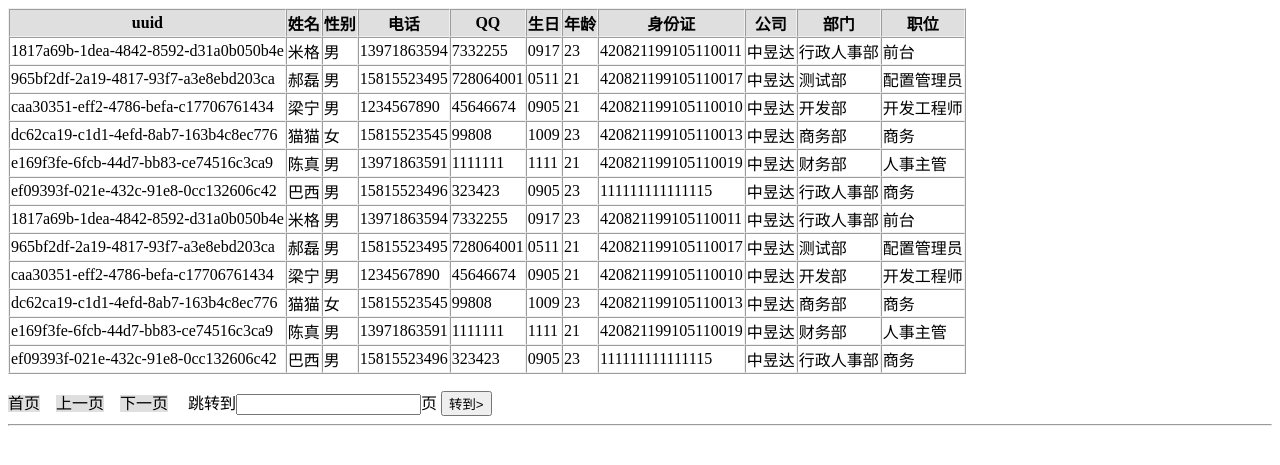
Repository: 728064001/MyProject
Page: http://localhost/CMS/test.jsp
The author's editor kept a copy of each file at every save. The page is drawn from the files as they stood at one save, then again after the next save.
The browser window is 1280 px wide. The pictures show the whole page.
The page is served by Tomcat 9.

Above is the page before, as saved 2013-08-07 11:40:17.

After the next save:
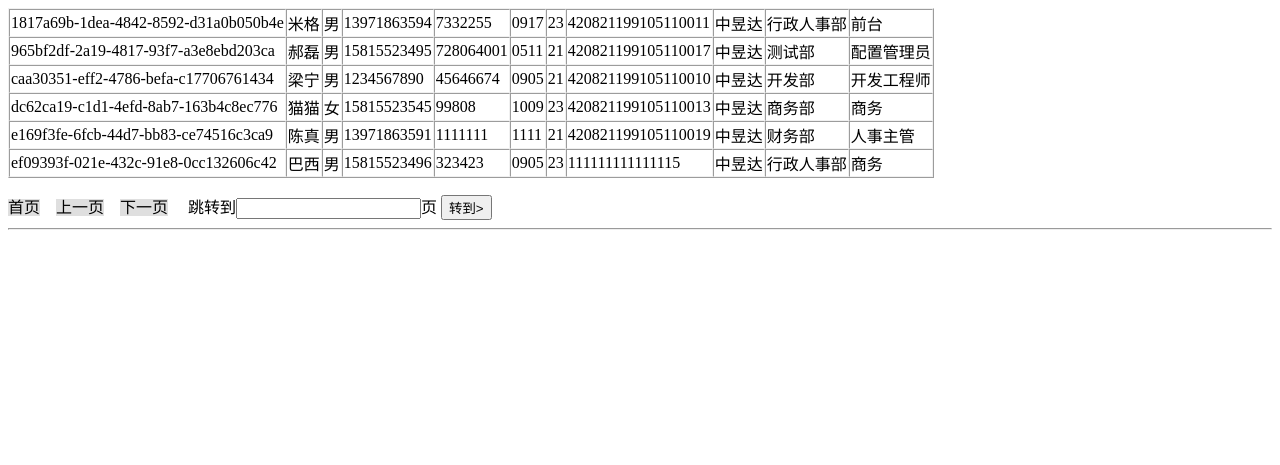
Saved 2 min 17 s later.
--- a/cms-server-code/CMS/WebRoot/test.jsp
+++ b/cms-server-code/CMS/WebRoot/test.jsp
@@ -47,8 +47,12 @@ String basePath = request.getScheme()+"://"+request.getServerName()+":"+request.
 			dom_table.attr("id","tab");
 			dom_table.css("border-color","#F0F0F0","border-width","1px","border-style","solid");
 
+
+
 			var tharray  = new Array("uuid","姓名","性别","电话","QQ","生日","年龄","身份证","公司","部门","职位");
 			var tharraylen = tharray.length;
+
+			var th_table = $("<table></table>");
 			var tr_th = $("<tr></tr>");
 			tr_th.css("background","#DFDFDF");
 			for(var x = 0;x<tharraylen;x++){
@@ -56,7 +60,7 @@ String basePath = request.getScheme()+"://"+request.getServerName()+":"+request.
 				th.append(tharray[x]);
 				tr_th.append(th);
 			}
-		    dom_table.append(tr_th);
+		    th_table.append(tr_th);
 
 
 		    for (var o = 0; o < j.countnum; o++) {
@@ -75,21 +79,7 @@ String basePath = request.getScheme()+"://"+request.getServerName()+":"+request.
 				alert('success');
 			});
 		   //
-		   for (var o = 0; o < j.countnum; o++) {
-		       var dom_tr = $("<tr></tr>");
-		        for (var i = 0; i < tharraylen; i++) {
-		            var dom_td = $("<td ></td>");
-		           var cellarray = Array(j.personinfo[o].uuid,j.personinfo[o].username,j.personinfo[o].sex,j.personinfo[o].tel,j.personinfo[o].icq,j.personinfo[o].brithday,j.personinfo[o].age,j.personinfo[o].card,j.personinfo[o].company,j.personinfo[o].dep,j.personinfo[o].post);
 
-		            dom_td.append(cellarray[i]);
-		            dom_tr.append(dom_td);
-		        }
-		        dom_table.append(dom_tr);
-		    }
-		    $("#t").append(dom_table);
-		    $("table tr").bind("dblclick",function(){
-				alert('success');
-			});
 		    //添加分页栏
 		    var pages = Math.floor((j.countnum)/pagem);
 		   if((j.countnum)%pagem!=0){
